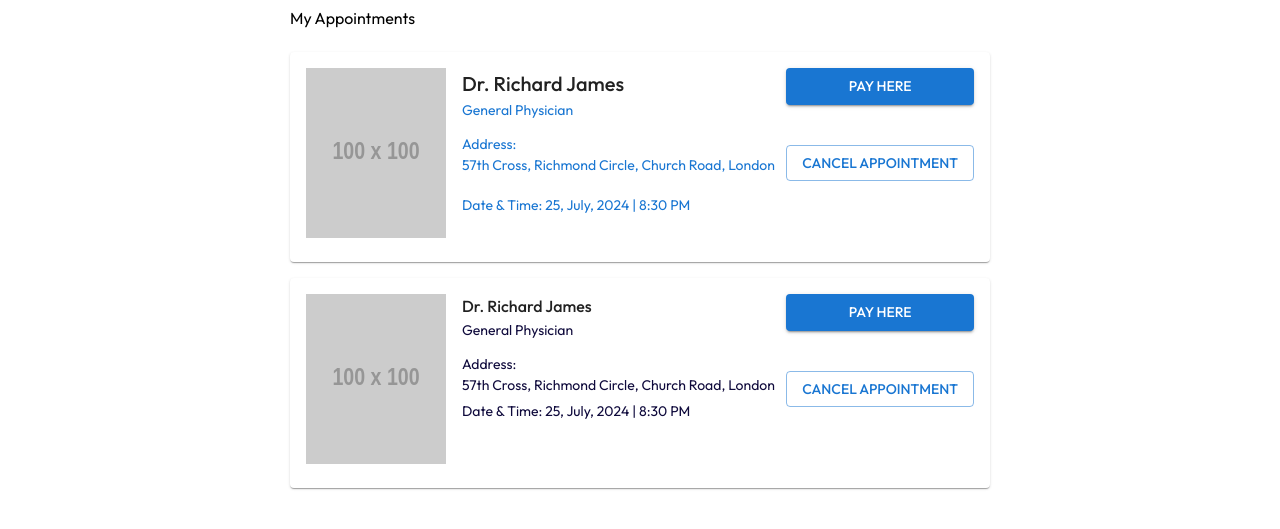
Repository: Ali-Dmerdash/DEPI_GRAD
Page: /
These files come from the project's save history. The page is drawn as it stood at one moment and after the next save; the edit follows.
The browser window is 1280 px wide. The pictures show the whole page.
The project was rebuilt for these pictures with package versions that can differ from the ones it lists, and the page was loaded fresh each time. Also part of the build but not shown: vite.config.ts.

Above is the page before, as saved 2024-10-08 21:20:45.

### src/App.tsx
import "./App.css";
import "react-router-dom";
import { library } from "@fortawesome/fontawesome-svg-core";
import { fab } from "@fortawesome/free-brands-svg-icons";
import { fas } from "@fortawesome/free-solid-svg-icons";
import { far } from "@fortawesome/free-regular-svg-icons";
import Myappointment from "./pages/myappointment";

function App() {
  return (
    <>
      <Myappointment />
    </>
  );
}

export default App;
library.add(fab, fas, far);

### src/index.css
@import url("https://fonts.googleapis.com/css2?family=Outfit:wght@100..900&display=swap");

body {
  font-family: "Outfit", sans-serif;
  color: var(--text-color);
}

:root {
  --primary-color: #07456f;
  --secondary-color: #009f9d;
  --text-color: #0f0a3c;
  --card-button-color: #ace6f6;
  --border-color: #adadad;
}

### src/App.css
@import "./App.css";

body {
  color: var(--text-color);
}

### src/pages/myappointment/index.tsx
import React from "react";
import { Box, Card, CardContent, Typography, Button } from "@mui/material";

const MyAppointment: React.FC = () => {
  return (
    <>
      <Box sx={{ maxWidth: 700, margin: "0 auto" }}>
        <Typography variant="body" color="initial">
          My Appointments
        </Typography>
        <Card sx={{ marginBottom: 2, marginTop: 3 }}>
          <CardContent>
            <Box display="flex" alignItems="flex-start">
              <img
                src="https://via.placeholder.com/100"
                alt="Doctor"
                style={{ width: "140px", height: "170px", marginRight: "16px" }}
              />
              <Box flexGrow={1}>
                <Typography variant="h6" fontSize="20px">
                  Dr. Richard James
                </Typography>
                <Typography
                  color="primary"
                  fontSize="14px"
                  sx={{ marginBottom: "4%" }}
                >
                  General Physician
                </Typography>
                <Typography
                  color="primary"
                  fontSize="14px"
                  sx={{ marginBottom: "6%" }}
                >
                  Address: <br /> 57th Cross, Richmond Circle, Church Road,
                  London
                </Typography>
                <Typography color="primary" fontSize="14px">
                  Date & Time: 25, July, 2024 | 8:30 PM
                </Typography>
              </Box>
              <Box
                display="flex"
                flexDirection="column"
                justifyContent="flex-end"
              >
                <Button variant="contained" color="primary">
                  Pay here
                </Button>
                <Button
                  variant="outlined"
                  color="primary"
                  sx={{ marginTop: 5 }}
                >
                  Cancel appointment
                </Button>
              </Box>
            </Box>
          </CardContent>
        </Card>

        <Card>
          <CardContent>
            <Box display="flex" alignItems="flex-start">
              <img
                src="https://via.placeholder.com/100"
                alt="Doctor"
                style={{ width: "140px", height: "170px", marginRight: "16px" }}
              />
              <Box flexGrow={1}>
                <Typography variant="h6" fontSize="16px">
                  Dr. Richard James
                </Typography>
                <Typography
                  color="#0F0A3C"
                  fontSize="14px"
                  sx={{ marginBottom: "4%" }}
                >
                  General Physician
                </Typography>
                <Typography
                  color="#0F0A3C"
                  fontSize="14px"
                  sx={{ marginBottom: "5px" }}
                >
                  Address: <br />
                  57th Cross, Richmond Circle, Church Road, London
                </Typography>
                <Typography color="#0F0A3C" fontSize="14px">
                  Date & Time: 25, July, 2024 | 8:30 PM
                </Typography>
              </Box>
              <Box
                display="flex"
                flexDirection="column"
                justifyContent="flex-end"
              >
                <Button variant="contained" color="primary">
                  Pay here
                </Button>

                <Button
                  variant="outlined"
                  color="primary"
                  sx={{ marginTop: 5 }}
                >
                  Cancel appointment
                </Button>
              </Box>
            </Box>
          </CardContent>
        </Card>
      </Box>
    </>
  );
};

export default MyAppointment;

Loaded but not shown: index.html (common file); src/main.tsx (common file)

After the next save:
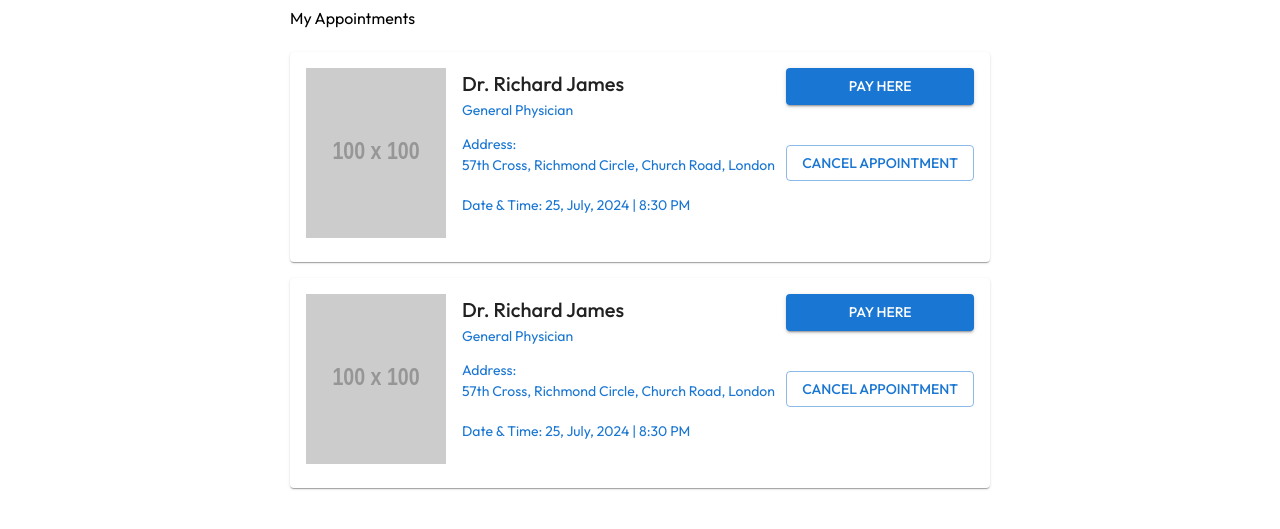
Saved 31 s later.
--- a/src/pages/myappointment/index.tsx
+++ b/src/pages/myappointment/index.tsx
@@ -68,25 +68,25 @@ const MyAppointment: React.FC = () => {
                 style={{ width: "140px", height: "170px", marginRight: "16px" }}
               />
               <Box flexGrow={1}>
-                <Typography variant="h6" fontSize="16px">
+                <Typography variant="h6" fontSize="20px">
                   Dr. Richard James
                 </Typography>
                 <Typography
-                  color="#0F0A3C"
+                  color="primary"
                   fontSize="14px"
                   sx={{ marginBottom: "4%" }}
                 >
                   General Physician
                 </Typography>
                 <Typography
-                  color="#0F0A3C"
+                  color="primary"
                   fontSize="14px"
-                  sx={{ marginBottom: "5px" }}
+                  sx={{ marginBottom: "6%" }}
                 >
-                  Address: <br />
-                  57th Cross, Richmond Circle, Church Road, London
+                  Address: <br /> 57th Cross, Richmond Circle, Church Road,
+                  London
                 </Typography>
-                <Typography color="#0F0A3C" fontSize="14px">
+                <Typography color="primary" fontSize="14px">
                   Date & Time: 25, July, 2024 | 8:30 PM
                 </Typography>
               </Box>
